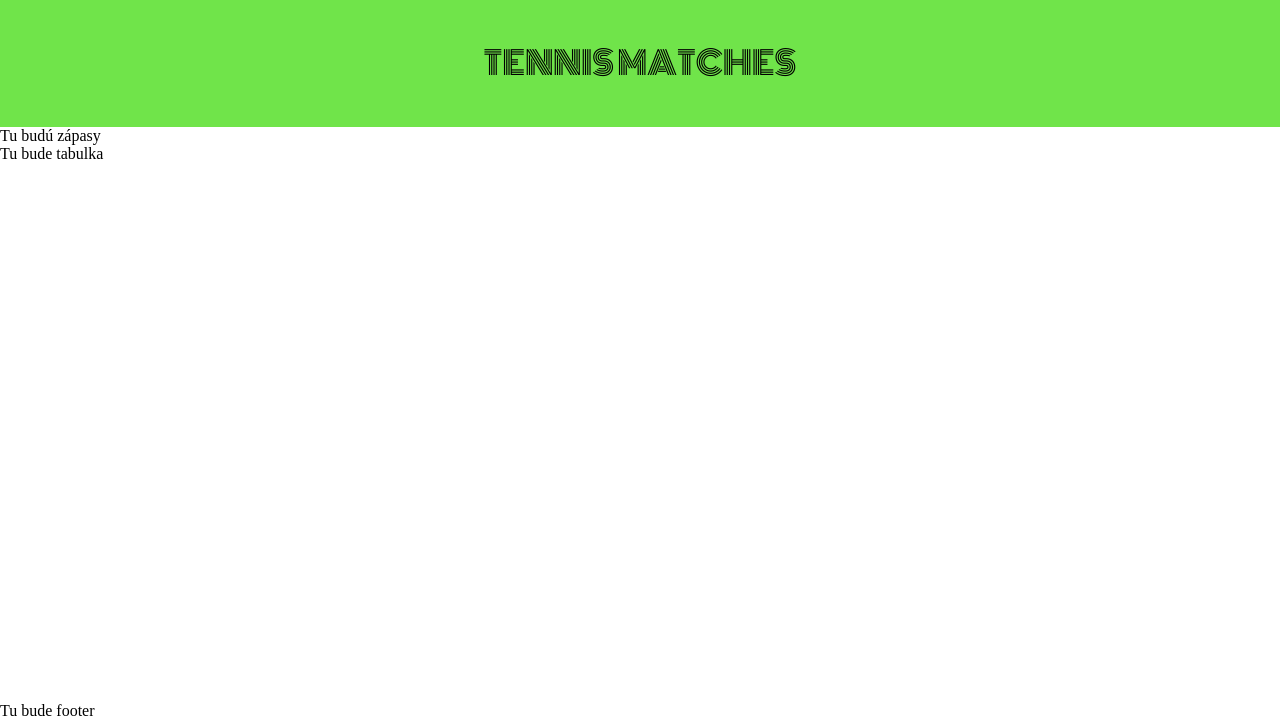
Repository: Badynko/tenis-app
Page: /
An editor plug-in stored every save of this project. The page is shown before and after the next save, followed by the edit.
The browser window is 1280 px wide. The pictures show the whole page.
The project was rebuilt for these pictures with package versions that can differ from the ones it lists, and the page was loaded fresh each time.

Above is the page before, as saved 2024-07-10 15:24:59.

### src/index.css
@import url("https://fonts.googleapis.com/css2?family=Monoton&family=Quicksand:wght@500;700&display=swap");

* {
  margin: 0;
  padding: 0;
  box-sizing: border-box;
}

.app {
  width: 100%;
  height: 100vh;
  display: grid;
  grid-template-rows: auto auto 1fr auto;
}

h1 {
  word-spacing: ;
  text-align: center;
  background-color: #70e44a;
  font-family: "Monoton";
  font-size: 2rem;
  text-transform: uppercase;
  font-weight: 400;
  padding: 2.4rem 0;
}

### src/App.js
export default function App() {
  return (
    <div className="app">
      <Header />
      <Matches />
      <Table />
      <Stats />
    </div>
  );
}

function Header() {
  return <h1>Tennis Matches</h1>;
}

function Matches() {
  return (
    <div>
      <p>Tu budú zápasy</p>
    </div>
  );
}

function Table() {
  return (
    <div>
      <p>Tu bude tabulka</p>
    </div>
  );
}

function Stats() {
  return (
    <footer className="stats">
      <p>Tu bude footer</p>
    </footer>
  );
}

Loaded but not shown: public/index.html (common file); src/index.js (common file)

After the next save:
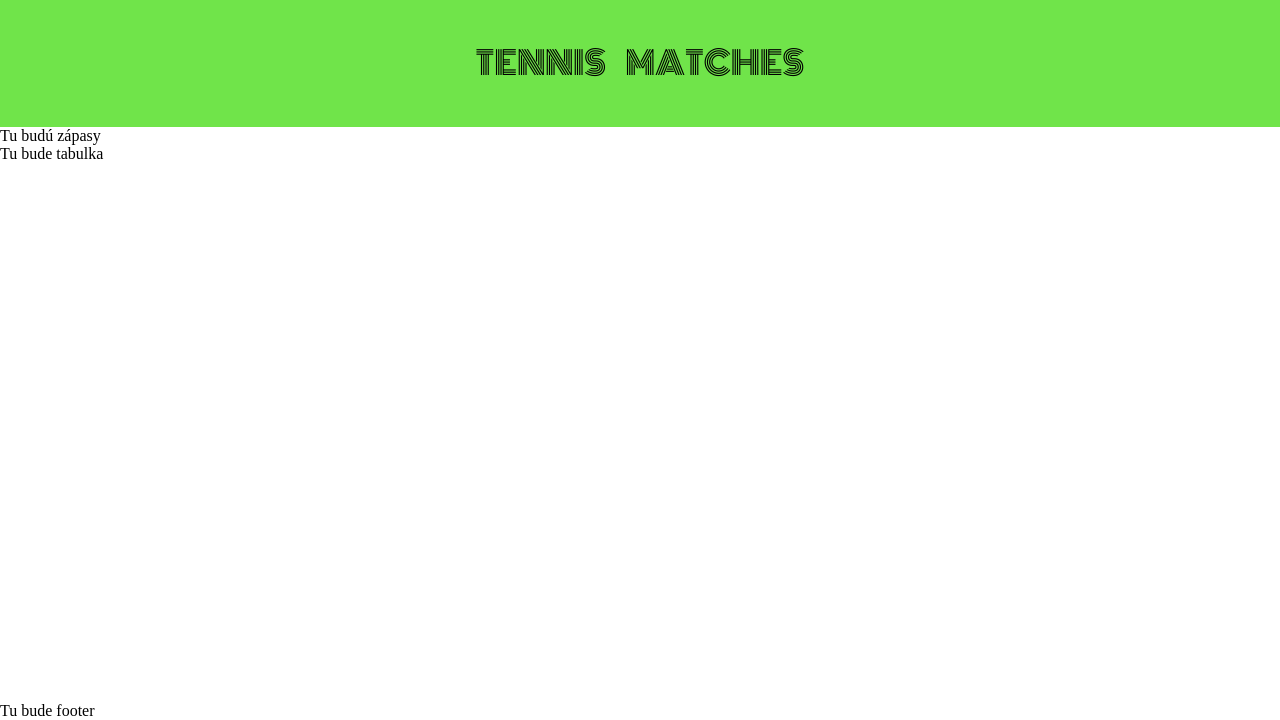
Saved 29 s later.
--- a/src/index.css
+++ b/src/index.css
@@ -14,7 +14,7 @@
 }
 
 h1 {
-  word-spacing: ;
+  word-spacing: 1rem;
   text-align: center;
   background-color: #70e44a;
   font-family: "Monoton";
